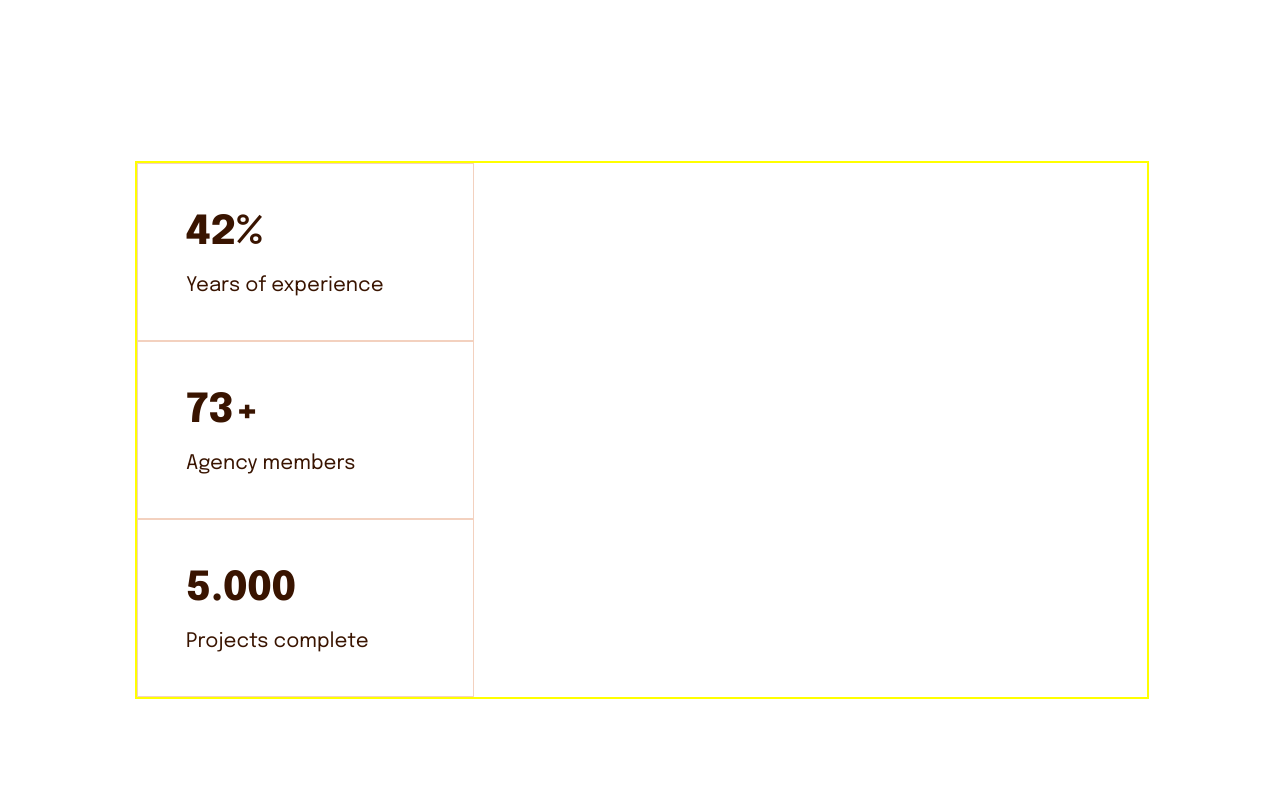
Repository: simralgasimov/task6
Page: index.html
An editor plug-in stored every save of this project. The page is shown before and after the next save, followed by the edit.
The browser window is 1280 px wide. The pictures show the whole page.

Above is the page before, as saved 2023-08-30 13:20:31.

After the next save:
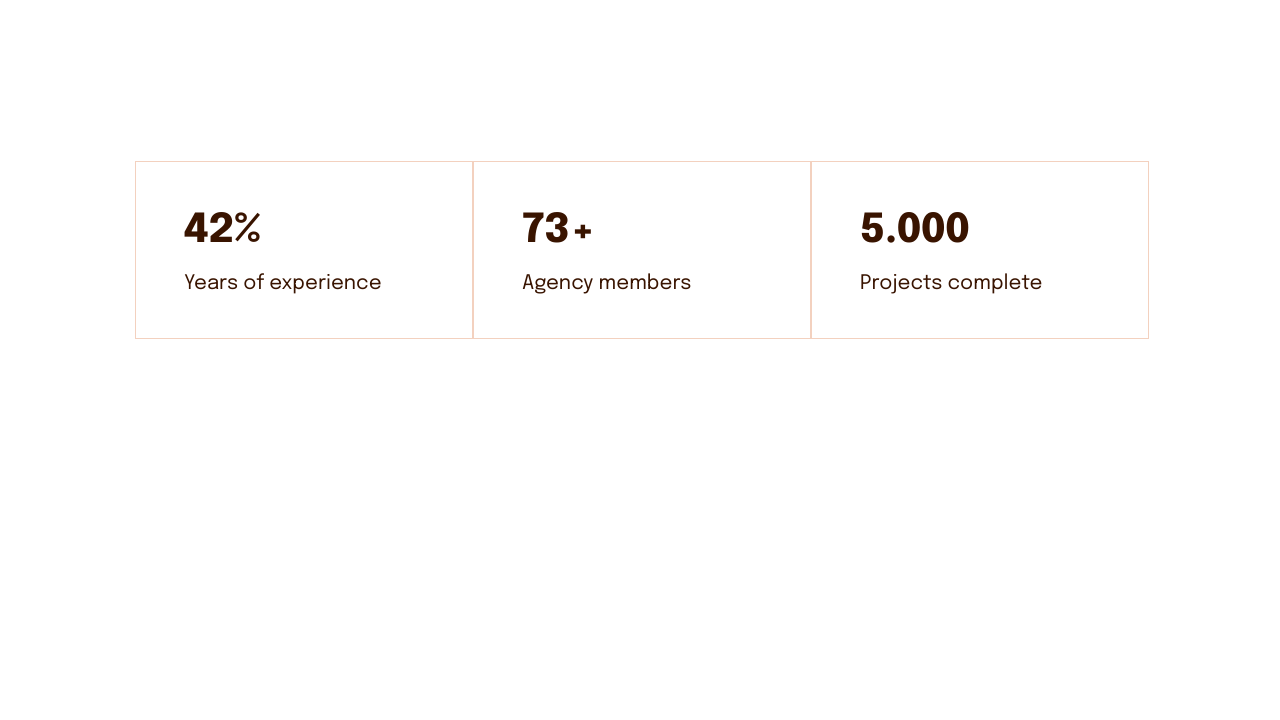
Saved 12 s later.
--- a/index.css
+++ b/index.css
@@ -10,8 +10,8 @@
   padding: 161px 131px 108px 135px;
 }
 
-.container-1 ul {
-  border: 2px solid yellow;
+.container-1 ul{
+    display: flex;
 }
 .container-1 ul li{
     width: 33.33%;
